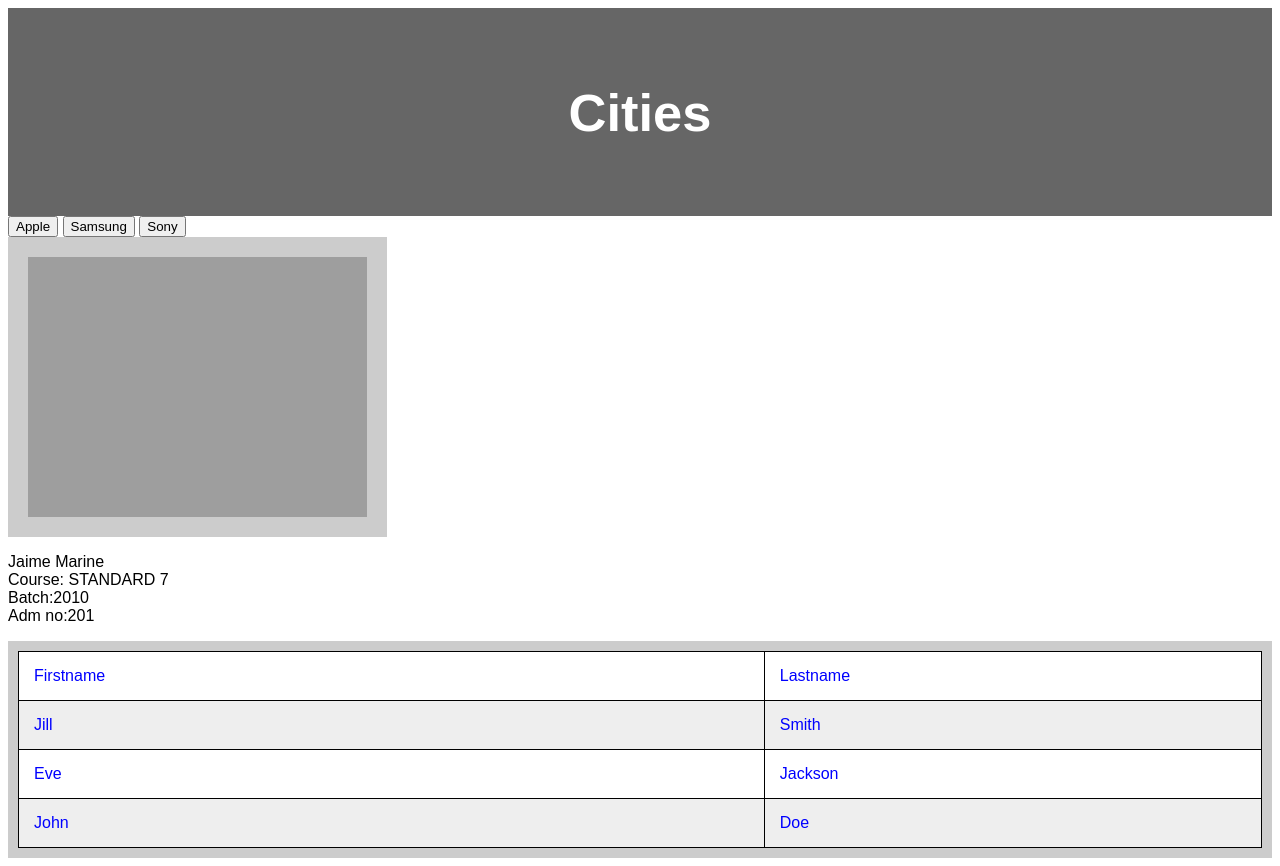
Repository: sandunigayanjali/Library_System
Page: http://localhost/library_management/studentProfile2.jsp
These files come from the project's save history. The page is drawn as it stood at one moment and after the next save; the edit follows.
The browser window is 1280 px wide. The pictures show the whole page.
Pictures or frames that could not be fetched are drawn as grey boxes. The page is served by Tomcat 9.

Above is the page before, as saved 2018-11-23 16:00:22.

### library management/WebContent/studentProfile2.jsp
<%@ page language="java" contentType="text/html; charset=ISO-8859-1"
    pageEncoding="ISO-8859-1"%>
<!DOCTYPE html PUBLIC "-//W3C//DTD HTML 4.01 Transitional//EN" "http://www.w3.org/TR/html4/loose.dtd">
<html>
<head>
 <meta charset="utf-8">
<meta name="viewport" content="width=device-width, initial-scale=1">
<title>Insert title here</title>

<style>
* {
    box-sizing: border-box;
}

body {
    font-family: Arial, Helvetica, sans-serif;
}

/* Style the header */
header {
    background-color: #666;
    padding: 30px;
    text-align: center;
    font-size: 35px;
    color: white;
}

/* Create two columns/boxes that floats next to each other */
aside{
    float: left;
    width: 30%;
    height: 300px; /* only for demonstration, should be removed */
    background: #ccc;
    padding: 20px;
}

/* Style the list inside the menu */
nav ul {
    list-style-type: none;
    padding: 0;
}

article {
    float: left;
    padding: 20px;
    width: 70%;
    background-color: #ccc;
    height: 300px; /* only for demonstration, should be removed */
}

/* Clear floats after the columns */
section:after {
    content: "";
    display: table;
    clear: both;
}

/* Style the footer */
footer {
    background-color: #ccc;
    padding: 10px;
    text-align: center;
    color: white;
}

/* Responsive layout - makes the two columns/boxes stack on top of each other instead of next to each other, on small screens */
/*@media (max-width: 600px) {
    nav, article {
        width: 100%;
        height: auto;
    }
}*/

table {
    width:100%;
}
table, th, td {
    border: 1px solid black;
    border-collapse: collapse;
    padding:3px;
}
th, td {
    padding: 15px;
    text-align: left;
}
table#t01 tr:nth-child(even) {
    background-color: #eee;

}
table#t01 tr:nth-child(odd) {
   background-color: #fff;

}
table{
border-spacing:3px;
}

</style>

</head>
<body>

<header>
  <h2>Cities</h2>
</header>

<div class="container">
 <div class="btn-group">
    <button type="button" class="btn btn-primary">Apple</button>
    <button type="button" class="btn btn-primary">Samsung</button>

    <button type="button" class="btn btn-primary dropdown-toggle" data-toggle="dropdown">
    Sony<span class="caret"></span></button>



<section>
<aside>
<img src="F:\library mangement\man.jpg" alt="Smiley face" width="100%" height="100%" align="left"></div>

</aside>
  <nav>
    <ul>
      <li>Jaime Marine</li>
      <li>Course: STANDARD 7</li>
      <li>Batch:2010</li>
       <li>Adm no:201</li>
    </ul>
  </nav>


</section>
<center>
<footer>
<font color="blue" border-spacing:"3px">
 <table id="t01" >
  <tr>
    <td width=60%>Firstname</td>
    <td width=40%>Lastname</td>

  </tr>
  <tr>
    <td width=60%>Jill</td>
    <td width=40%>Smith</td>

  </tr>
  <tr>
    <td width=60%>Eve</td>
    <td width=40%>Jackson</td>

  </tr>
  <tr>
    <td width=60%>John</td>
    <td width=40%>Doe</td>

  </tr>
</table>
</font>
</footer></center>
</body>
</html>

After the next save:
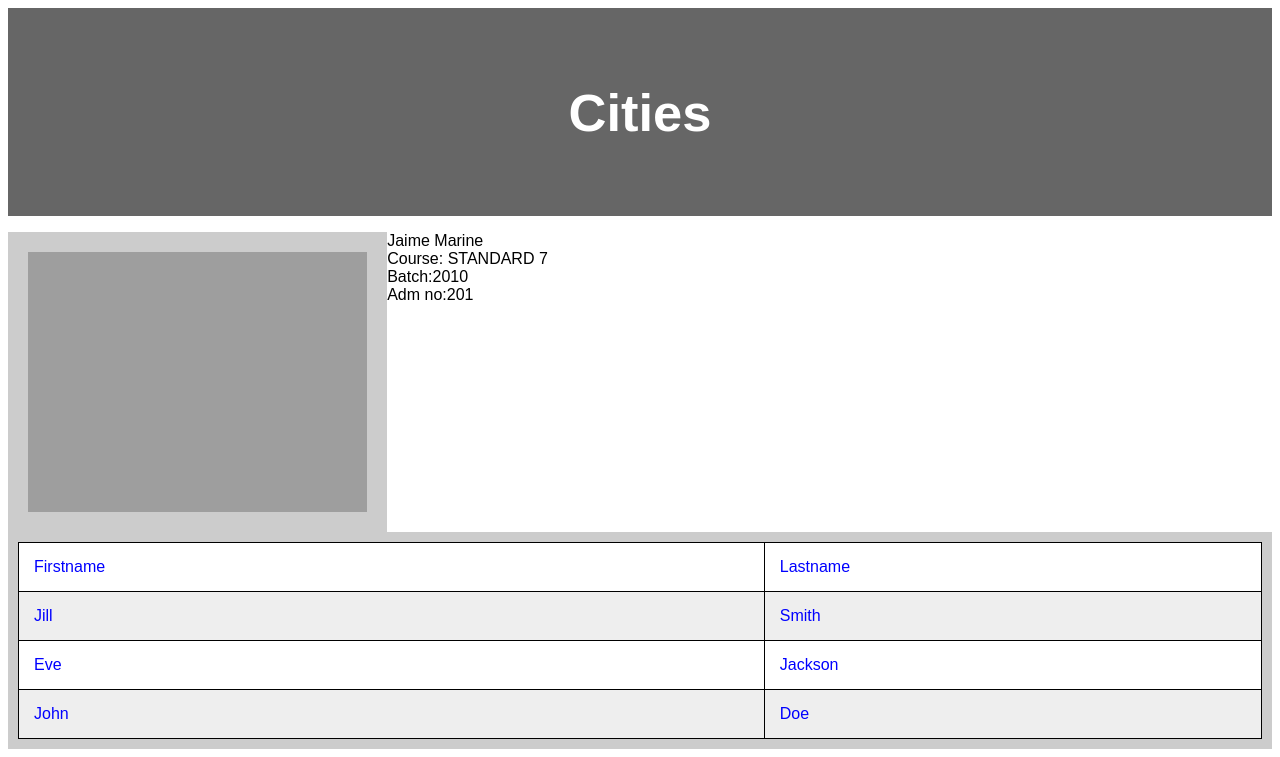
Saved 94 s later.
--- a/library management/WebContent/studentProfile2.jsp
+++ b/library management/WebContent/studentProfile2.jsp
@@ -104,13 +104,7 @@ border-spacing:3px;
   <h2>Cities</h2>
 </header>
 
-<div class="container">
- <div class="btn-group">
-    <button type="button" class="btn btn-primary">Apple</button>
-    <button type="button" class="btn btn-primary">Samsung</button>
 
-    <button type="button" class="btn btn-primary dropdown-toggle" data-toggle="dropdown">
-    Sony<span class="caret"></span></button>
 
 
 
